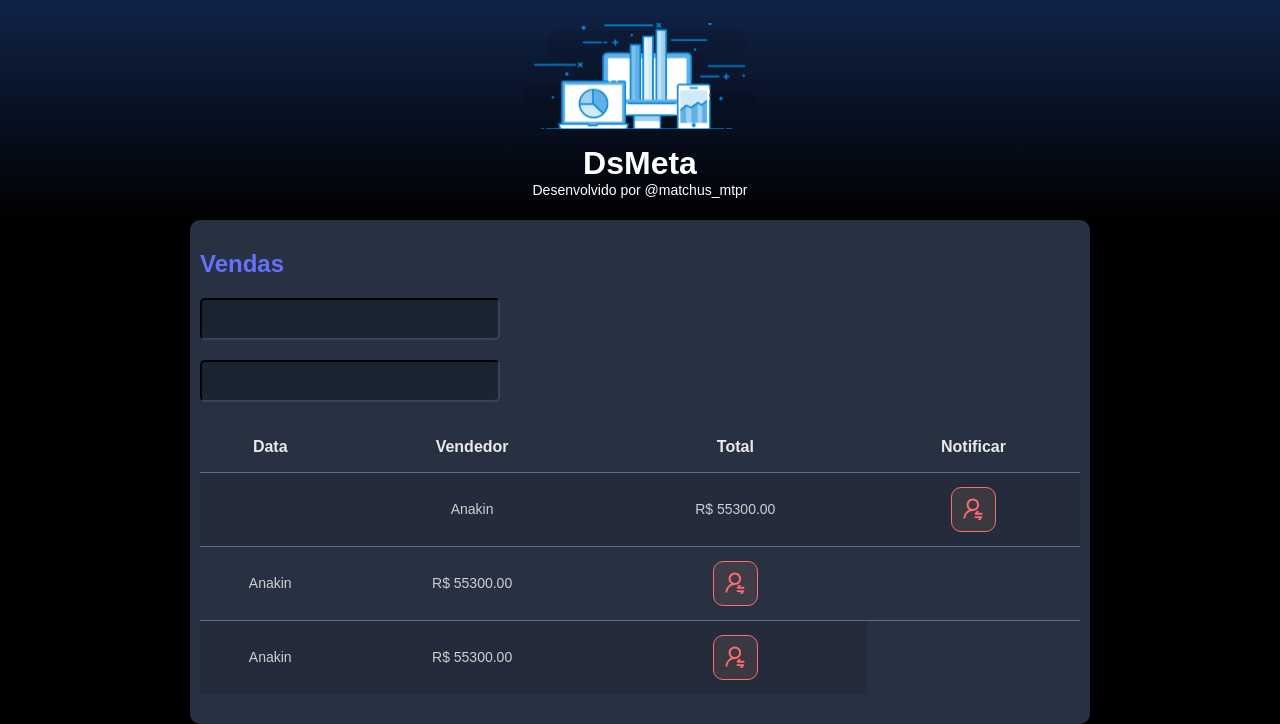
Repository: MatheusAlvesPereiraRosa/ds-meta
Page: index.html
The author's editor kept a copy of each file at every save. The page is drawn from the files as they stood at one save, then again after the next save.
The browser window is 1280 px wide. The pictures show the whole page.

Above is the page before, as saved 2022-09-05 17:10:14.

After the next save:
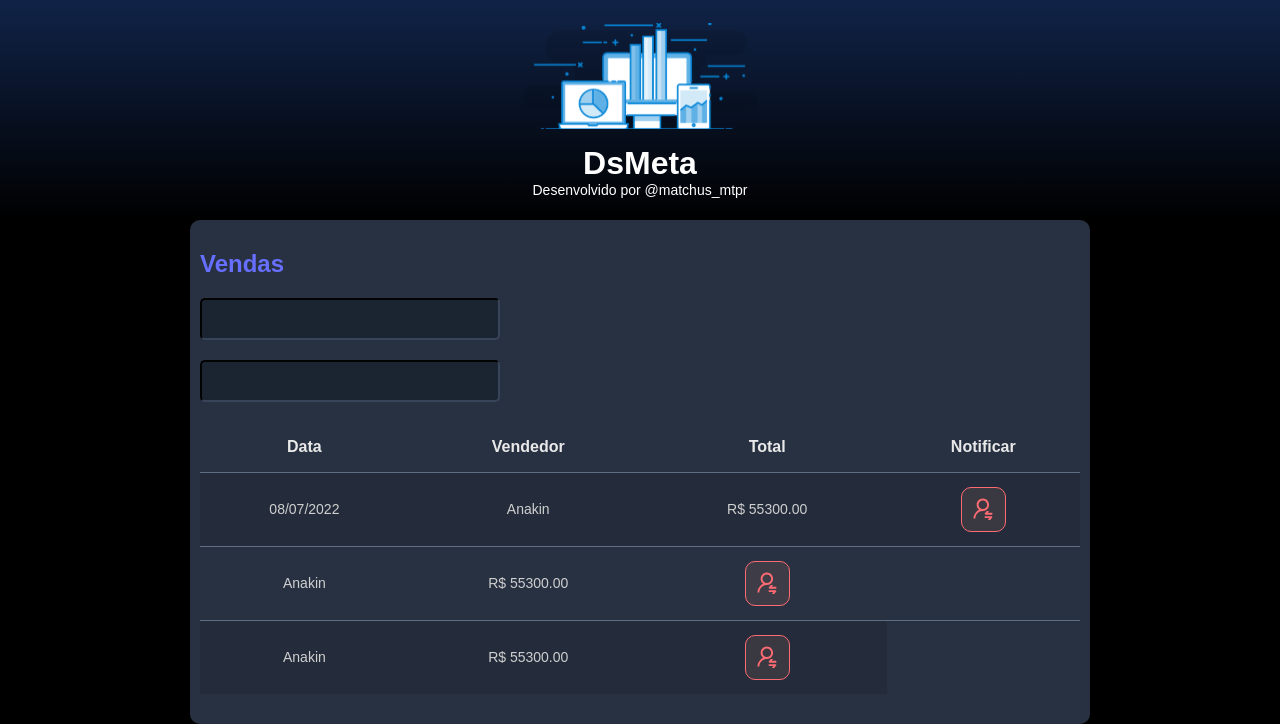
Saved 9 s later.
--- a/index.html
+++ b/index.html
@@ -47,7 +47,7 @@
                 </thead>
                 <tbody>
                   <tr>
-                    <td></td>
+                    <td>08/07/2022</td>
                     <td>Anakin</td>
                     <td>R$ 55300.00</td>
                     <td>
